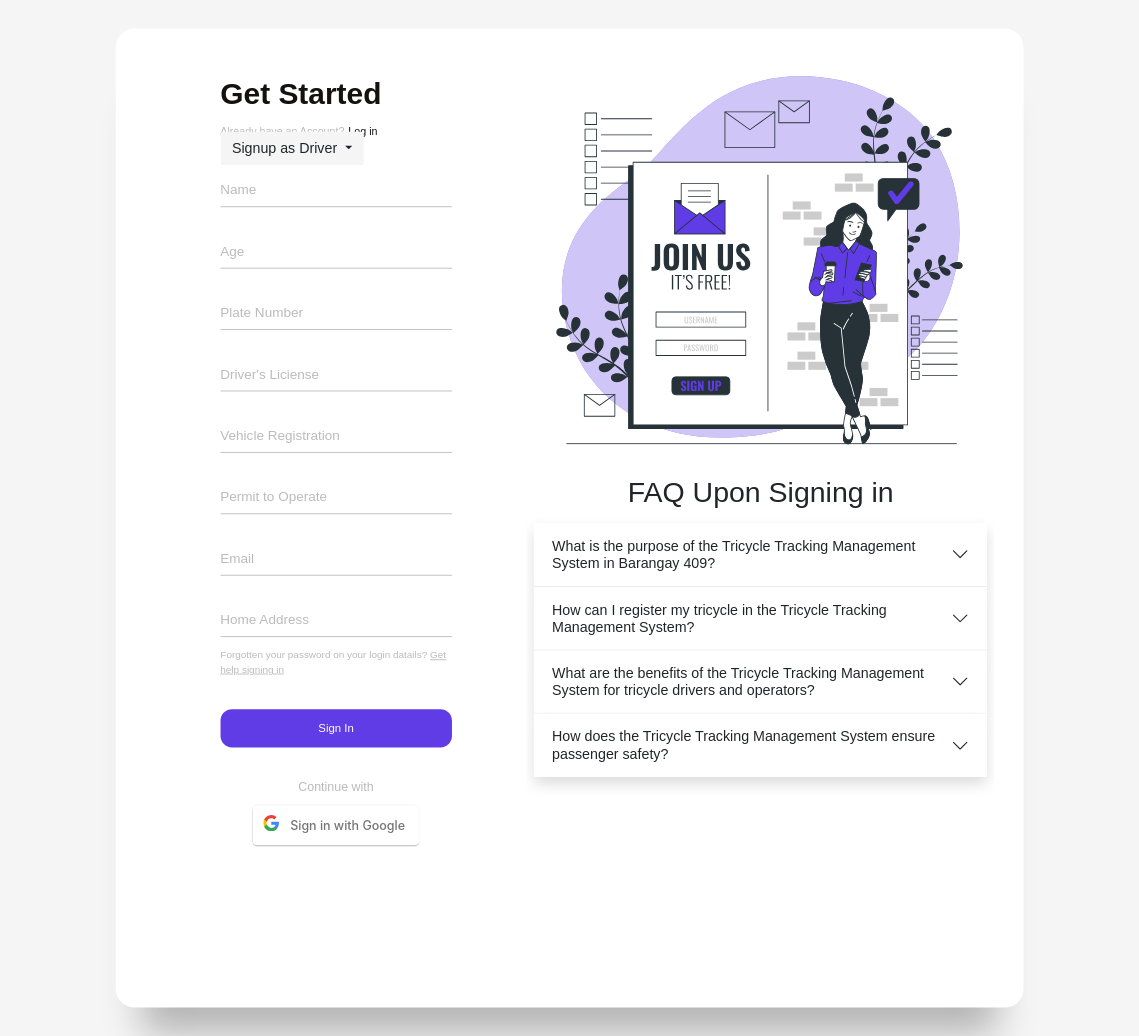
Repository: adrcstro/plate-to-place
Page: http://localhost/Loginsystem/Driverlogin.php
These files come from the project's save history. The page is drawn as it stood at one moment and after the next save; the edit follows.
The browser window is 1280 px wide. The pictures show the whole page, at 89% of full size.
Some web fonts or font styles are not loaded; a fallback is used. Some web libraries are served in a nearby version. The page is run by PHP 8.4 with error messages shown; the project is at /var/www/html/.

Above is the page before, as saved 2023-10-31 12:10:15.

### Loginsystem/Driverlogin.php
<!DOCTYPE html>
<html lang="en">
<head>
    <meta charset="UTF-8">
    <meta name="viewport" content="width=device-width, initial-scale=1.0">
    <link rel="shortcut icon" type="x-icon" href="../images/webicon.png">
    <link rel="stylesheet" href="../css/bootstrap.min.css">
    <link rel="stylesheet" href="https://cdnjs.cloudflare.com/ajax/libs/font-awesome/6.3.0/css/all.min.css" integrity="sha512-SzlrxWUlpfuzQ+pcUCosxcglQRNAq/DZjVsC0lE40xsADsfeQoEypE+enwcOiGjk/bSuGGKHEyjSoQ1zVisanQ==" crossorigin="anonymous" referrerpolicy="no-referrer"/>
    <link rel="stylesheet" href="driver.css">

    <title>Brangay409-3WHeel-Tracking-System</title>
</head>

<body>

<main>
      <div class="box">
        <div class="inner-box">
          <div class="forms-wrap">
            <form action="index.html" autocomplete="off" class="sign-in-form">

<script>
    function changeLoginType(type) {
        document.getElementById('loginDropdown').innerText = 'Login as ' + type;
    }
</script>
              <div class="heading">
                <h2>Get Started</h2>
                <h6>Already have an Account?</h6>
                <a href="#" class="toggle" data-target="img-2">Log in</a>
              </div>
              <div class="dropdown">
    <button class="btn dropdown-toggle" type="button" data-bs-toggle="dropdown" aria-expanded="false" id="loginDropdown">
        Signup as Driver
    </button>
    <ul class="dropdown-menu">
        <li><a class="dropdown-item" href="Passenger.php" onclick="changeLoginType('Passenger')">Passenger</a></li>
        <li><a class="dropdown-item" href="Driverlogin.php" onclick="changeLoginType('Driver')">Driver</a></li>

    </ul>
</div>
<div class="formsignin">



              <div class="actual-form">
                <div class="input-wrap">
                  <input
                    type="text"
                    minlength="4"
                    class="input-field"
                    autocomplete="off"
                    required
                  />
                  <label>Name</label>
                </div>

                <div class="input-wrap">
                  <input
                    type="password"
                    minlength="4"
                    class="input-field"
                    autocomplete="off"
                    required
                  />
                  <label>Age</label>
                </div>

                <div class="input-wrap">
                  <input
                    type="text"
                    minlength="4"
                    class="input-field"
                    autocomplete="off"
                    required
                  />
                  <label>Plate Number</label>
                </div>

                <div class="input-wrap">
                  <input
                    type="text"
                    minlength="4"
                    class="input-field"
                    autocomplete="off"
                    required
                  />
                  <label>Driver's Liciense</label>
                </div>
                <div class="input-wrap">
                  <input
                    type="text"
                    minlength="4"
                    class="input-field"
                    autocomplete="off"
                    required
                  />
                  <label>Vehicle Registration</label>
                </div>

                <div class="input-wrap">
                  <input
                    type="text"
                    minlength="4"
                    class="input-field"
                    autocomplete="off"
                    required
                  />
                  <label>Permit to Operate</label>
                </div>
                <div class="input-wrap">
                  <input
                    type="text"
                    minlength="4"
                    class="input-field"
                    autocomplete="off"
                    required
                  />
                  <label>Email</label>
                </div>
                <div class="input-wrap">
                  <input
                    type="text"
                    minlength="4"
                    class="input-field"
                    autocomplete="off"
                    required
                  />
                  <label>Home Address</label>
                </div>
                <p class="text">
                  Forgotten your password on your login datails?

                  <a href="Forgotpassword.php" data-target="img-2">Get help signing in</a>
                </p>
                <input type="submit" value="Sign In" class="sign-btn" />
                <h5 id="textcon">Continue with</h5>
                <button type="button" class="login-with-google-btn" >
                Sign in with Google
                 </button>
              </div>
              </div>
            </form>


          </div>
          <div class="carousel">
  <div class="images-wrapper">
    <img src="../images/Signup.svg" class="image img-2 show" alt="" />
  </div>

  <div class="col-md-12">
         <h2 class="mt-2 text-center" id="FAQ">FAQ Upon Signing in</h2>
         <div class="accordion accordion-flush p-2" id="accordionFlushExample">
          <div class="accordion-item bg-white shadow">
            <h2 class="accordion-header">
              <button class="accordion-button collapsed" type="button" data-bs-toggle="collapse" data-bs-target="#flush-collapseOne" aria-expanded="false" aria-controls="flush-collapseOne">
                What is the purpose of the Tricycle Tracking Management System in Barangay 409?
              </button>
            </h2>
            <div id="flush-collapseOne" class="accordion-collapse collapse" data-bs-parent="#accordionFlushExample">
              <div class="accordion-body">The Tricycle Tracking Management System aims to streamline tricycle operations and ensure passenger safety and efficient transportation services within the barangay.</div>
            </div>
          </div>
          <div class="accordion-item shadow">
            <h2 class="accordion-header">
              <button class="accordion-button collapsed" type="button" data-bs-toggle="collapse" data-bs-target="#flush-collapseTwo" aria-expanded="false" aria-controls="flush-collapseTwo">
                How can I register my tricycle in the Tricycle Tracking Management System?
              </button>
            </h2>
            <div id="flush-collapseTwo" class="accordion-collapse collapse" data-bs-parent="#accordionFlushExample">
              <div class="accordion-body">To register your tricycle, visit the barangay office and submit the required documents, including the tricycle's registration papers, driver's license, and other necessary permits.</div>
            </div>
          </div>
          <div class="accordion-item shadow">
            <h2 class="accordion-header">
              <button class="accordion-button collapsed" type="button" data-bs-toggle="collapse" data-bs-target="#flush-collapseThree" aria-expanded="false" aria-controls="flush-collapseThree">
                What are the benefits of the Tricycle Tracking Management System for tricycle drivers and operators?
              </button>
            </h2>
            <div id="flush-collapseThree" class="accordion-collapse collapse" data-bs-parent="#accordionFlushExample">
              <div class="accordion-body">The system provides improved transparency in fare collection, enhances security measures for both drivers and passengers, and facilitates better route planning, leading to increased efficiency and profitability for tricycle operators.
              </div>
            </div>
          </div>

          <div class="accordion-item shadow">
            <h2 class="accordion-header">
              <button class="accordion-button collapsed" type="button" data-bs-toggle="collapse" data-bs-target="#flush-collapseFour" aria-expanded="false" aria-controls="flush-collapseFour">
                How does the Tricycle Tracking Management System ensure passenger safety?
              </button>
            </h2>
            <div id="flush-collapseFour" class="accordion-collapse collapse" data-bs-parent="#accordionFlushExample">
              <div class="accordion-body">The system integrates safety measures such as  Report Management, Legal Action Provider, and driver identification features, which enable swift responses to any emergency situations during tricycle rides.</div>
            </div>
          </div>



        </div>
         </div>


</div>
        </div>
      </div>
    </main>



</body>
<script src="../js/bootstrap.bundle.js"></script>
    <script src="login.js"></script>

</html>

### Loginsystem/driver.css
@import url("https://fonts.googleapis.com/css2?family=Poppins:wght@200;300;400;500;600;700;800&display=swap");
@import url('https://fonts.googleapis.com/css2?family=Advent+Pro:wght@200&display=swap');
@import url('https://fonts.googleapis.com/css2?family=Advent+Pro:wght@200&family=Montserrat+Alternates&display=swap');
@import url('http://fonts.googleapis.com/css?family=Open+Sans:400,700');
*,
*::before,
*::after {
  padding: 0;
  margin: 0;
  box-sizing: border-box;
}
#textcon{
  padding: 4px;
  text-align: center;
  color: #bababa;
  font-size: 14px;
}
.login-with-google-btn {
  transition: background-color .3s, box-shadow .3s;
  padding: 12px 16px 12px 42px;
  border: none;
  border-radius: 5px;
  box-shadow: 0 -1px 0 rgba(0, 0, 0, .04), 0 1px 1px rgba(0, 0, 0, .25);
  display: block;
    margin: auto;
  color: #757575;
  font-size: 14px;
  font-weight: 500;
  font-family: -apple-system,BlinkMacSystemFont,"Segoe UI",Roboto,Oxygen,Ubuntu,Cantarell,"Fira Sans","Droid Sans","Helvetica Neue",sans-serif;

  background-image: url(data:[embedded picture, 822 characters]);
  background-color: white;
  background-repeat: no-repeat;
  background-position: 12px 11px;

  &:hover {
    background-color: #f3f3f3b6;
  }

  &:active {
    background-color: #eeeeee;
  }
}
  &:focus {
    outline: none;
    box-shadow:
      0 -1px 0 rgba(0, 0, 0, .04),
      0 2px 4px rgba(0, 0, 0, .25),
      0 0 0 3px #c8dafc;
  }

.logo {
  text-align: center;
}
.logo br {
  font-size: 1px; /* Adjust the font size as per your requirement */
}
body,
input {
  font-family: 'Montserrat Alternates', sans-serif;

}
#loginDropdown{
  background-color: whitesmoke;
}

main {
  width: 100%;
  min-height: 100vh;
  overflow: hidden;
  background-color: whitesmoke;
  padding: 2rem;
  display: flex;
  align-items: center;
  justify-content: center;
}

.box {
  position: relative;
  width: 100%;
  max-width: 1020px;
  height: 1100px;
  background-color: #fff;
  border-radius: 1.3rem;
  box-shadow: 0 60px 40px -30px rgba(0, 0, 0, 0.27);
}

.inner-box {
  position: absolute;
  width: calc(100% - 4.1rem);
  height: calc(100% - 4.1rem);
  top: 50%;
  left: 50%;
  transform: translate(-50%, -50%);
}

.forms-wrap {
  position: absolute;
  height: 100%;
  width: 45%;
  top: 0;
  left: 0;
  display: grid;
  grid-template-columns: 1fr;
  grid-template-rows: 1fr;
  transition: 0.8s ease-in-out;
}

form {
  max-width: 260px;
  width: 100%;
  margin: 0 auto;
  height: 100%;
  display: flex;
  flex-direction: column;
  justify-content: space-evenly;
  grid-column: 1 / 2;
  grid-row: 1 / 2;
  transition: opacity 0.02s 0.4s;
  border: #aaa;
}

form.sign-up-form {
  opacity: 0;
  pointer-events: none;

}

.logo {
  display: flex;
  align-items: center;
}


.logo h4 {
  font-size: 1.1rem;
  margin-top: -9px;
  letter-spacing: -0.5px;
  color: #151111;
}

.heading h2 {
  font-size: 2.1rem;
  font-weight: 600;
  color: #151111;
}

.heading h6 {
  color: #bababa;
  font-weight: 400;
  font-size: 0.75rem;
  display: inline;
}

.toggle {
  color: #151111;
  text-decoration: none;
  font-size: 0.75rem;
  font-weight: 500;
  transition: 0.3s;
}

.toggle:hover {
  color: #8371fd;
}

.input-wrap {
  position: relative;
  height: 37px;
  margin-bottom: 2rem;
}

.input-field {
  position: absolute;
  width: 100%;
  height: 100%;
  background: none;
  border: none;
  outline: none;
  border-bottom: 1px solid #bbb;
  padding: 0;
  font-size: 0.95rem;
  color: #151111;
  transition: 0.4s;
}

label {
  position: absolute;
  left: 0;
  top: 50%;
  transform: translateY(-50%);
  font-size: 0.95rem;
  color: #bbb;
  pointer-events: none;
  transition: 0.4s;
}

.input-field.active {
  border-bottom-color: #151111;
}

.input-field.active + label {
  font-size: 0.75rem;
  top: -2px;
}
.logtext{
  margin-top: -1rem;
}
.sign-btn {
  display: inline-block;
  width: 100%;
  height: 43px;
  background-color: #603ce6;
  color: #fff;
  border: none;
  cursor: pointer;
  border-radius: 0.8rem;
  font-size: 0.8rem;
  margin-bottom: 2rem;
  transition: 0.3s;
}
.show {
  display: block;
}

.FAQESTION{
  margin-top: -3rem;
}



.hide {
  display: none;
}

.sign-btn:hover {
  background-color: #6a5cc4;
}

.text {
  color: #bbb;
  font-size: 0.7rem;
  transform: translateY(-20px);
}

.text a {
  color: #bbb;
  transition: 0.3s;

}




.text a:hover {
  color: #8371fd;
}

main.sign-up-mode form.sign-in-form {
  opacity: 0;
  pointer-events: none;
}

main.sign-up-mode form.sign-up-form {
  opacity: 1;
  pointer-events: all;
}

main.sign-up-mode .forms-wrap {
  left: 55%;
}

main.sign-up-mode .carousel {
  left: 0%;
}

.carousel {
  position: absolute;
  height: 100%;
  width: 55%;
  left: 45%;
  top: 0;
  background-color: white;
  border-radius: 2rem;
  display: grid;
  grid-template-rows: auto 1fr;
  padding-bottom: 2rem;
  overflow: hidden;
  transition: 0.8s ease-in-out;
}

.images-wrapper {
  display: grid;
  grid-template-columns: 1fr;
  grid-template-rows: 1fr;
}
.hide {
  display: none;
}
.image {
  width: 100%;
 height: 90%;
  grid-column: 1/2;
  grid-row: 1/2;
  opacity: 0;
  transition: opacity 0.3s, transform 0.5s;
}

.img-1 {
  transform: translate(0, -50px);
}

.img-2 {
  transform: scale(0.4, 0.5);
}

.img-3 {
  transform: scale(0.3) rotate(-20deg);
}

.image.show {
  opacity: 1;
  transform: none;
}

.text-slider {
  display: flex;
  align-items: center;
  justify-content: center;
  flex-direction: column;
margin-top: -4rem;

}

.text-wrap {
  max-height: 3.1rem;
  overflow: hidden;
  margin-bottom: 2.3rem;
}

.text-group {
  display: flex;
  flex-direction: column;
  text-align: center;
  transform: translateY(0);
  transition: 0.5s;
}

.text-group h2 {
  line-height: 2.2rem;
  font-weight: 600;
  font-size: 1.6rem;
}

.bullets {
  display: flex;
  align-items: center;
  justify-content: center;
  margin-top: -2.4rem;
}

.bullets span {
  display: block;
  width: 0.5rem;
  height: 0.5rem;
  background-color: #aaa;
  margin: 0 0.25rem;
  border-radius: 50%;
  cursor: pointer;
  transition: 0.3s;
}
.dropdown{
  margin-top: -6rem;
}
.actual-form{
  margin-top: -6rem;
}
.bullets span.active {
  width: 1.1rem;
  background-color: #151111;
  border-radius: 1rem;
}
.actual-form{
  margin-top: 20px;
  }
  .col-md-12{
    margin-top: -4rem;
  }

  .sign-in-form{
    margin-top: -4rem;
  }
.formsignin{
  margin-top: -6rem;
}

@media (max-width: 850px) {
  .box {
    height: auto;
    max-width: 550px;
    overflow: hidden;
  }

  .inner-box {
    position: static;
    transform: none;
    width: revert;
    height: revert;
    padding: 2rem;
  }

  .forms-wrap {
    position: revert;
    width: 100%;
    height: auto;
  }

  form {
    max-width: revert;
    padding: 1.5rem 2.5rem 2rem;
    transition: transform 0.8s ease-in-out, opacity 0.45s linear;
  }

  .heading {
    margin: 2rem 0;
  }

  form.sign-up-form {
    transform: translateX(100%);
  }

  main.sign-up-mode form.sign-in-form {
    transform: translateX(-100%);
  }

  main.sign-up-mode form.sign-up-form {
    transform: translateX(0%);
  }

  .carousel {
    position: revert;
    height: auto;
    width: 100%;
    padding: 3rem 2rem;
    display: flex;
  }

  .images-wrapper {
    display: none;
  }

  .text-slider {
    width: 100%;
  }

  .text-slider{
    margin-top: 3rem;
}
.actual-form{
margin-top: 2rem;
}
.col-md-12{
  margin-top: -3rem;
}
.dropdown{
  margin-top: -1rem;
}
.sign-in-form{
  margin-top: -1rem;
}

.formsignin{
  margin-top: 1rem;
}


}

@media (max-width: 528px) {
  main {
    padding: 1rem;
  }

  .box {
    border-radius: 2rem;
  }

  .inner-box {
    padding: 1rem;
  }

  .carousel {
    padding: 1.5rem 1rem;
    border-radius: 1.6rem;
  }

  .text-wrap {
    margin-bottom: 1rem;
  }

  .text-group h2 {
    font-size: 1.2rem;
  }

  form {
    padding: 1rem 2rem 1.5rem;
  }

  .bullets{
    margin-top: -1rem;
}
.col-md-12{
  margin-top: 1rem;
}


}








@media (max-width: 390px) {
    .text-slider{
        margin-top: 2rem;
    }

}

### Loginsystem/login.js
const inputs = document.querySelectorAll(".input-field");
const toggle_btn = document.querySelectorAll(".toggle");
const main = document.querySelector("main");
const bullets = document.querySelectorAll(".bullets span");
const images = document.querySelectorAll(".image");

inputs.forEach((inp) => {
  inp.addEventListener("focus", () => {
    inp.classList.add("active");
  });
  inp.addEventListener("blur", () => {
    if (inp.value != "") return;
    inp.classList.remove("active");
  });
});

toggle_btn.forEach((btn) => {
  btn.addEventListener("click", () => {
    main.classList.toggle("sign-up-mode");
  });
});

function moveSlider() {
  let index = this.dataset.value;

  let currentImage = document.querySelector(`.img-${index}`);
  images.forEach((img) => img.classList.remove("show"));
  currentImage.classList.add("show");

  const textSlider = document.querySelector(".text-group");
  textSlider.style.transform = `translateY(${-(index - 1) * 2.2}rem)`;

  bullets.forEach((bull) => bull.classList.remove("active"));
  this.classList.add("active");
}

bullets.forEach((bullet) => {
  bullet.addEventListener("click", moveSlider);
});

document.addEventListener('DOMContentLoaded', function () {
  const toggleLinks = document.querySelectorAll('.toggle');
  toggleLinks.forEach(function(toggleLink) {
    toggleLink.addEventListener('click', function (event) {
      event.preventDefault();
      const targetId = toggleLink.getAttribute('data-target');
      const textSlider = document.querySelector('.text-group');
      if (targetId === 'img-1') {
        const targetText = 'Get Started';
        textSlider.innerHTML = `<h2>${targetText}</h2>`;
      } else if (targetId === 'img-2') {
        const targetText = 'Join us';
        textSlider.innerHTML = `<h2>${targetText}</h2>`;
      }
    });
  });
});

Loaded but not shown: css/bootstrap.min.css (library); js/bootstrap.bundle.js (library); Images/Signup.svg (1 lines, source omitted)

After the next save:
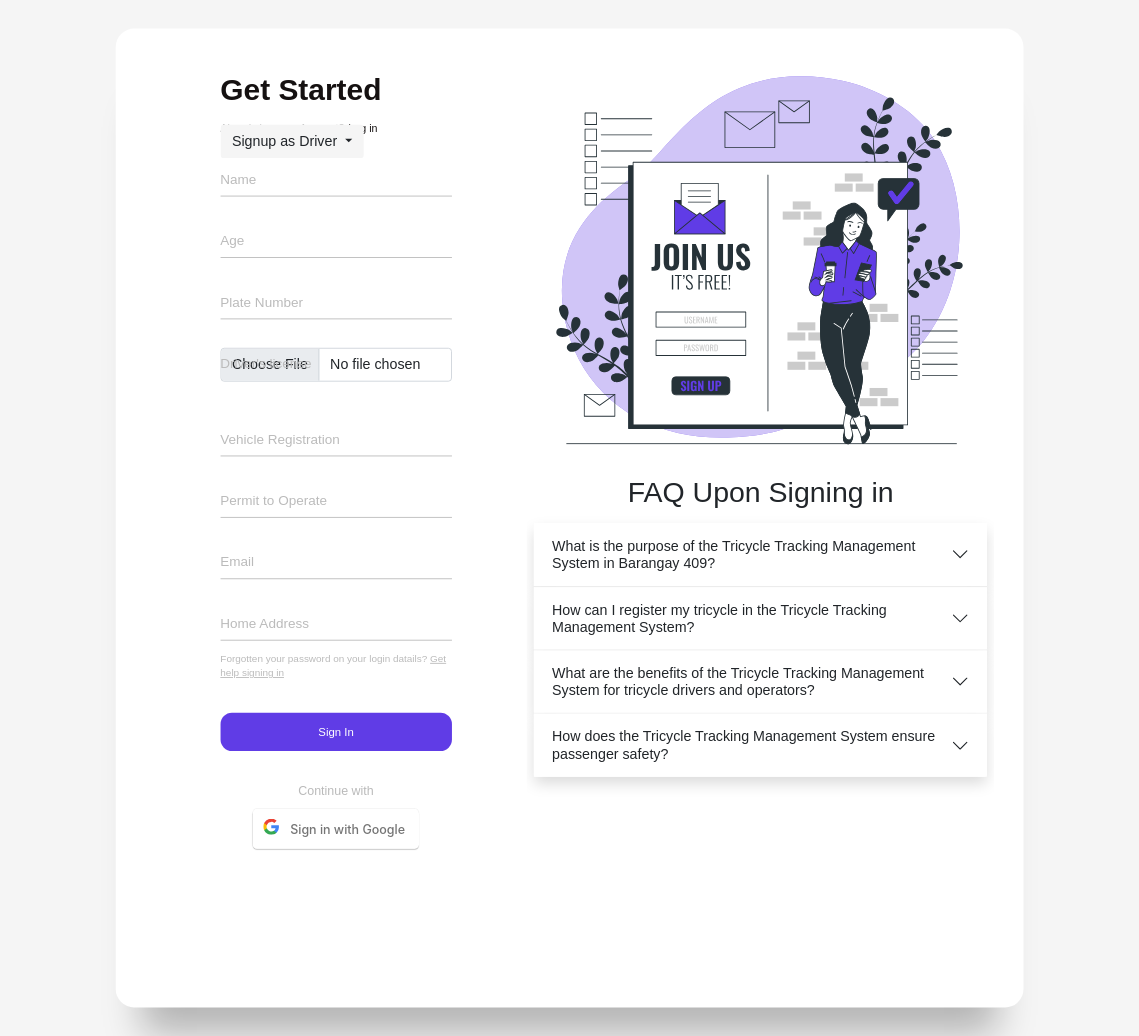
Saved 42 s later.
--- a/Loginsystem/Driverlogin.php
+++ b/Loginsystem/Driverlogin.php
@@ -77,16 +77,10 @@
                   <label>Plate Number</label>
                 </div>
 
-                <div class="input-wrap">
-                  <input
-                    type="text"
-                    minlength="4"
-                    class="input-field"
-                    autocomplete="off"
-                    required
-                  />
-                  <label>Driver's Liciense</label>
-                </div>
+                <div id="Filefield" class="input-wrap mb-5">
+  <label for="formFile" class="custom-label">Driver's license</label>
+  <input class="form-control" type="file" id="formFile" title="Please ensure the image is clear and legible" class="custom-title">
+</div>
                 <div class="input-wrap">
                   <input
                     type="text"
